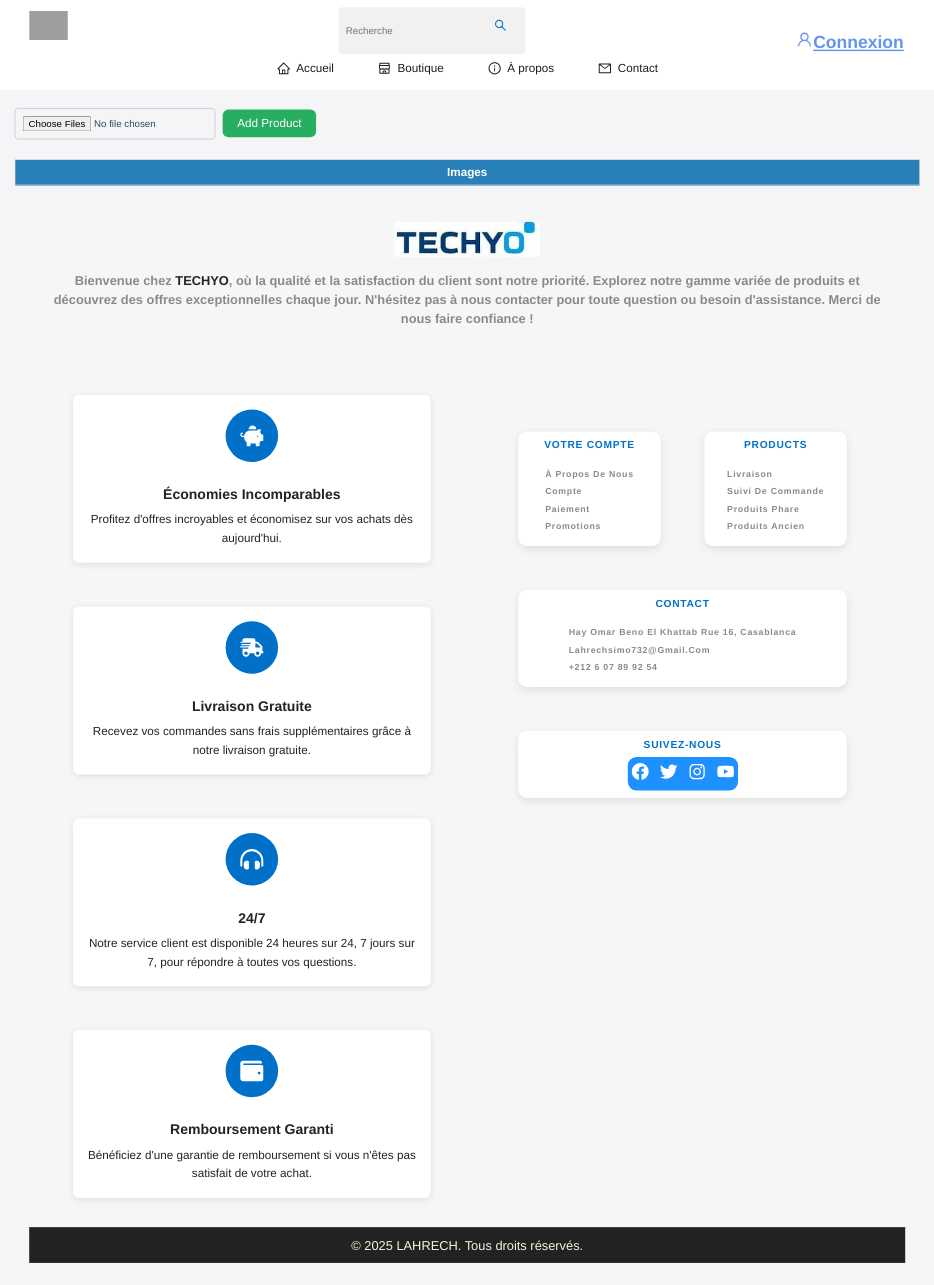
Repository: sebti-cloud/project-modern
Page: /products (app in ecommerce_website/)
An editor plug-in stored every save of this project. The page is shown before and after the next save, followed by the edit.
The browser window is 1280 px wide. The pictures show the whole page, at 73% of full size.
The page's requests for data from a server got no answer. The project was rebuilt for these pictures with package versions that can differ from the ones it lists, and the page was loaded fresh each time. No one was signed in, and anything a server would have sent is missing. Also part of the build but not shown: ecommerce_website/src/comp/home.js, ecommerce_website/src/comp/shop.js, ecommerce_website/src/comp/cart.js, ecommerce_website/src/comp/contact.js, ecommerce_website/src/comp/rout.js, ecommerce_website/src/comp/Orders.js, ecommerce_website/src/comp/LikedProducts.js, ecommerce_website/src/comp/Categories.js and 29 more.

Above is the page before, as saved 2025-01-24 15:29:50.

After the next save:
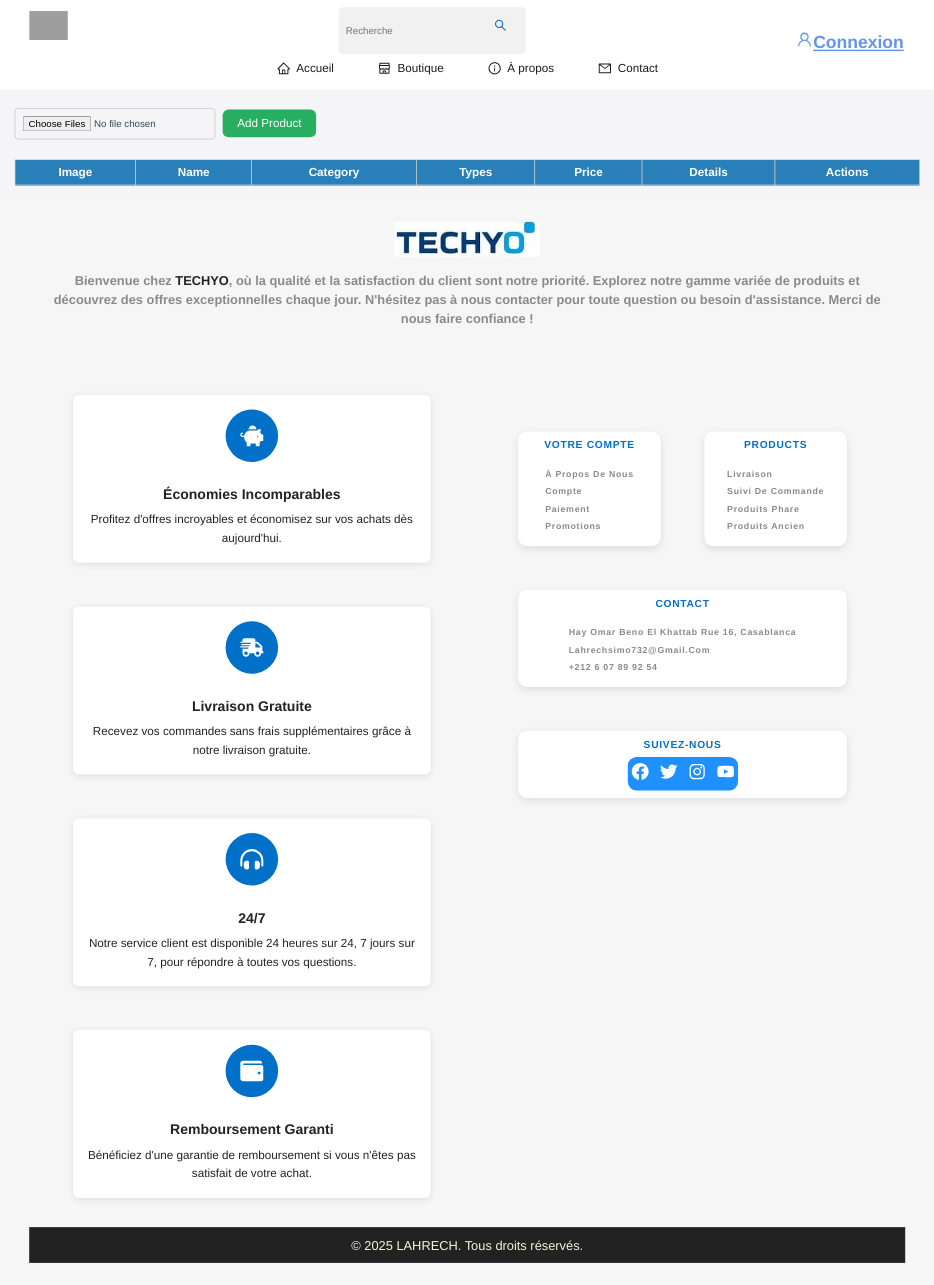
Saved 75 s later.
--- a/ecommerce_website/src/comp/Products.js
+++ b/ecommerce_website/src/comp/Products.js
@@ -325,8 +325,13 @@
             <table className="products-table">
                 <thead>
                     <tr>
-                        <th>Images</th>
-                        {/* ... other headers ... */}
+                        <th>Image</th>
+                        <th>Name</th>
+                        <th>Category</th>
+                        <th>Types</th>
+                        <th>Price</th>
+                        <th>Details</th>
+                        <th>Actions</th>
                     </tr>
                 </thead>
                 <tbody>
